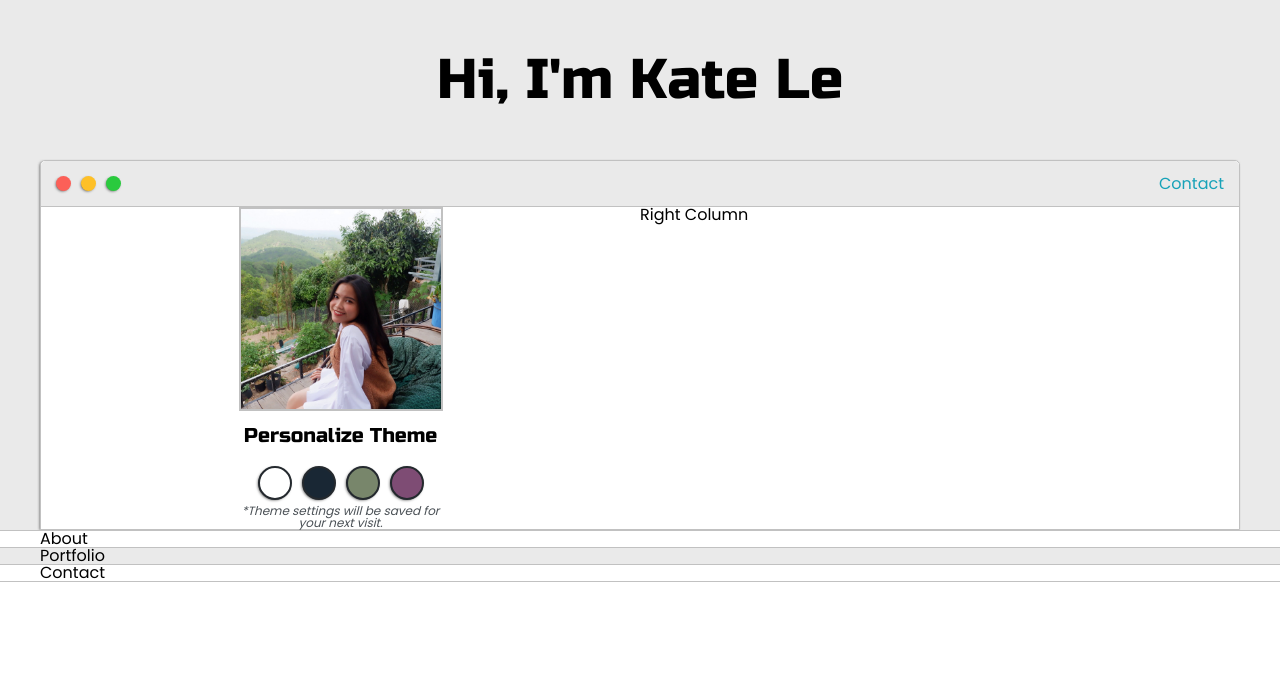
Repository: kate30980/my-persponal-website
Page: index.html
The author's editor kept a copy of each file at every save. The page is drawn from the files as they stood at one save, then again after the next save.
The browser window is 1280 px wide. The pictures show the whole page.

Above is the page before, as saved 2021-08-26 21:24:35.

### index.html
<!DOCTYPE html>
<html lang="en">

<head>
    <meta charset="UTF-8">
    <meta http-equiv="X-UA-Compatible" content="IE=edge">
    <meta name="viewport" content="width=device-width, initial-scale=1.0">
    <title>Kate Le</title>
    <link rel="preconnect" href="https://fonts.googleapis.com">
    <link rel="preconnect" href="https://fonts.gstatic.com" crossorigin>
    <link rel="preconnect" href="https://fonts.googleapis.com">
    <link rel="preconnect" href="https://fonts.gstatic.com" crossorigin>
    <link href="https://fonts.googleapis.com/css2?family=Poppins:wght@300;400;600;700&family=Russo+One&display=swap"
        rel="stylesheet">
    <link rel="stylesheet" href="reset.css">
    <link rel="stylesheet" href="main.css">
</head>

<body>

    <section class="s1">
        <div class="main-container">
            <div class="greeting-wrapper">
                <h1>Hi, I'm Kate Le</h1>
            </div>

            <div class="intro-wrapper">
                <div class="nav-wrapper">
                    <div class="dots-wrapper">
                        <div id="dot-1" class="browser-dot"></div>
                        <div id="dot-2" class="browser-dot"></div>
                        <div id="dot-3" class="browser-dot"></div>
                    </div>
                    <ul id="navigation">
                        <li>
                            <a href="#">Contact</a>
                        </li>
                    </ul>
                </div>
                <div class="left-column">
                    <img id="profile-pic" src="./images/IMG_2624.JPG" alt="img-kate">
                    <h5 style="text-align:center;line-height:0; margin: 25px">Personalize Theme</h5>

                    <div id="theme-options-wrapper">
                        <div id="light-mode" class="theme-dot"></div>
                        <div id="blue-mode" class="theme-dot"></div>
                        <div id="green-mode" class="theme-dot"></div>
                        <div id="purple-mode" class="theme-dot"></div>
                    </div>

                    <p id="settings-note">*Theme settings will be saved for <br> your next visit.</p>
                </div>
                <div class="right-column">
                    Right Column
                </div>
            </div>

        </div>
    </section>

    <section class="s2">
        <div class="main-container">
            About
        </div>
    </section>

    <section class="s1">
        <div class="main-container">
            Portfolio
        </div>
    </section>

    <section class="s2">
        <div class="main-container">
            Contact
        </div>
    </section>

</body>

</html>

### main.css
:root {
  --mainText: black;
  --secondaryText: #4b5156;

  --mainColor: #eaeaea;
  --secondaryColor: #fff;

  --borderColor: #c1c1c1;
  --themeDotBorder: #24292e;
}

html,
body {
  padding: 0;
  margin: 0;
  font-family: "Poppins", sans-serif;
}
h1,
h2,
h3,
h4,
h5,
h6,
strong {
  color: var(--mainText);
  font-family: "Russo One", sans-serif;
  font-weight: 500;
}

p,
li,
span,
label,
input,
textarea,
select {
  color: var(--secondaryText);
  font-family: "Poppins", sans-serif;
}
ul {
  list-style: none;
}

a {
  text-decoration: none;
  color: #17a2b8;
}

h1 {
  font-size: 56px;
}
h2 {
  font-size: 36px;
}
h3 {
  font-size: 28px;
}
h4 {
  font-size: 24px;
}
h5 {
  font-size: 20px;
}
h6 {
  font-size: 16px;
}

.s1 {
  background-color: var(--mainColor);
  border-bottom: 1px solid var(--borderColor);
  overflow: auto;
}
.s2 {
  background-color: var(--secondaryColor);
  border-bottom: 1px solid var(--borderColor);
  overflow: auto;
}
.main-container {
  width: 1200px;
  margin: 0 auto;
}
.greeting-wrapper {
  display: grid;
  text-align: center;
  align-content: center;
  min-height: 10em;
}

.intro-wrapper {
  background-color: var(--secondaryColor);
  border: 1px solid var(--borderColor);
  border-radius: 5px 5px 0 0;

  -webkit-box-shadow: -1px 1px 3px -1px rgba(0, 0, 0, 0.75);
  -moz-box-shadow: -1px 1px 3px -1px rgba(0, 0, 0, 0.75);
  box-shadow: -1px 1px 3px -1px rgba(0, 0, 0, 0.75);

  display: grid;
  grid-template-columns: 1fr 1fr;
  grid-template-areas:
    "nav-wrapper nav-wrapper"
    "left-column right-column";
}

#navigation {
  margin: 0;
  padding: 10px;
}
#navigation li {
  display: inline-block;
  margin-right: 5px;
  margin-left: 5px;
}

.dots-wrapper {
  display: flex;
  padding: 10px;
}

#dot-1 {
  background-color: #fc6058;
}
#dot-2 {
  background-color: #fec027;
}
#dot-3 {
  background-color: #2aca3e;
}

.browser-dot {
  background-color: black;
  height: 15px;
  width: 15px;
  border-radius: 50%;
  margin: 5px;

  -webkit-box-shadow: -1px 1px 3px -1px rgba(0, 0, 0, 0.75);
  -moz-box-shadow: -1px 1px 3px -1px rgba(0, 0, 0, 0.75);
  box-shadow: -1px 1px 3px -1px rgba(0, 0, 0, 0.75);
}

.nav-wrapper {
  grid-area: nav-wrapper;
  border-bottom: 1px solid var(--borderColor);
  display: flex;
  justify-content: space-between;
  align-items: center;
  background-color: var(--mainColor);
  border-radius: 5px 5px 0 0;
}
.left-column {
  grid-area: left-column;
  padding: 150px auto;
}
#profile-pic {
  display: block;
  margin: auto;
  height: 200px;
  width: 200px;
  object-fit: cover;
  border: 2px solid var(--borderColor);
}

#theme-options-wrapper {
  display: flex;
  justify-content: center;
}

.theme-dot {
  height: 30px;
  width: 30px;
  border-radius: 50%;
  background-color: black;

  margin: 5px;
  border: 2px solid var(--themeDotBorder);

  -webkit-box-shadow: -1px 1px 3px -1px rgba(0, 0, 0, 0.75);
  -moz-box-shadow: -1px 1px 3px -1px rgba(0, 0, 0, 0.75);
  box-shadow: -1px 1px 3px -1px rgba(0, 0, 0, 0.75);
  cursor: pointer;
}

.theme-dot:hover {
  border-width: 5px;
}
#light-mode {
  background-color: #fff;
}
#blue-mode {
  background-color: #192734;
}
#green-mode {
  background-color: #78866b;
}
#purple-mode {
  background-color: #7e4c74;
}
#settings-note {
  font-size: 12px;
  font-style: italic;
  text-align: center;
}

.right-column {
  grid-area: right-column;
}

@media screen and (max-width: 1200px) {
  .main-container {
    width: 95%;
  }
}

Loaded but not shown: reset.css (common file)

After the next save:
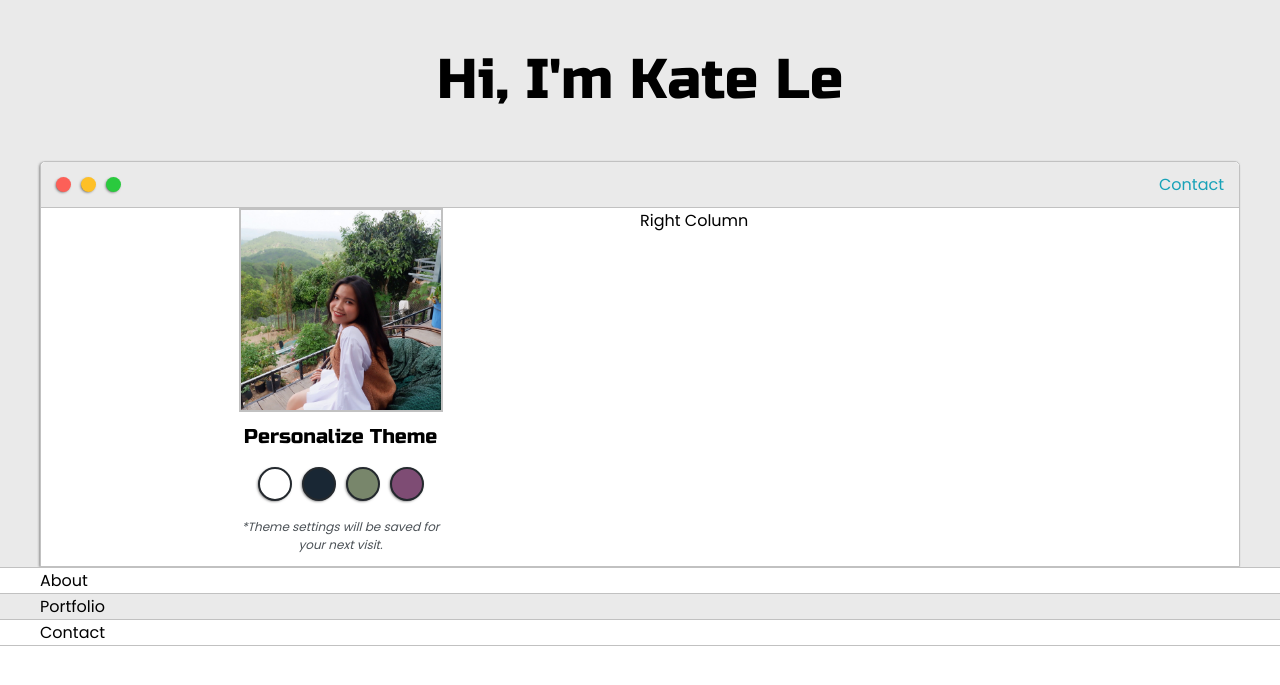
Saved 14 s later.
--- a/index.html
+++ b/index.html
@@ -12,7 +12,6 @@
     <link rel="preconnect" href="https://fonts.gstatic.com" crossorigin>
     <link href="https://fonts.googleapis.com/css2?family=Poppins:wght@300;400;600;700&family=Russo+One&display=swap"
         rel="stylesheet">
-    <link rel="stylesheet" href="reset.css">
     <link rel="stylesheet" href="main.css">
 </head>
 
